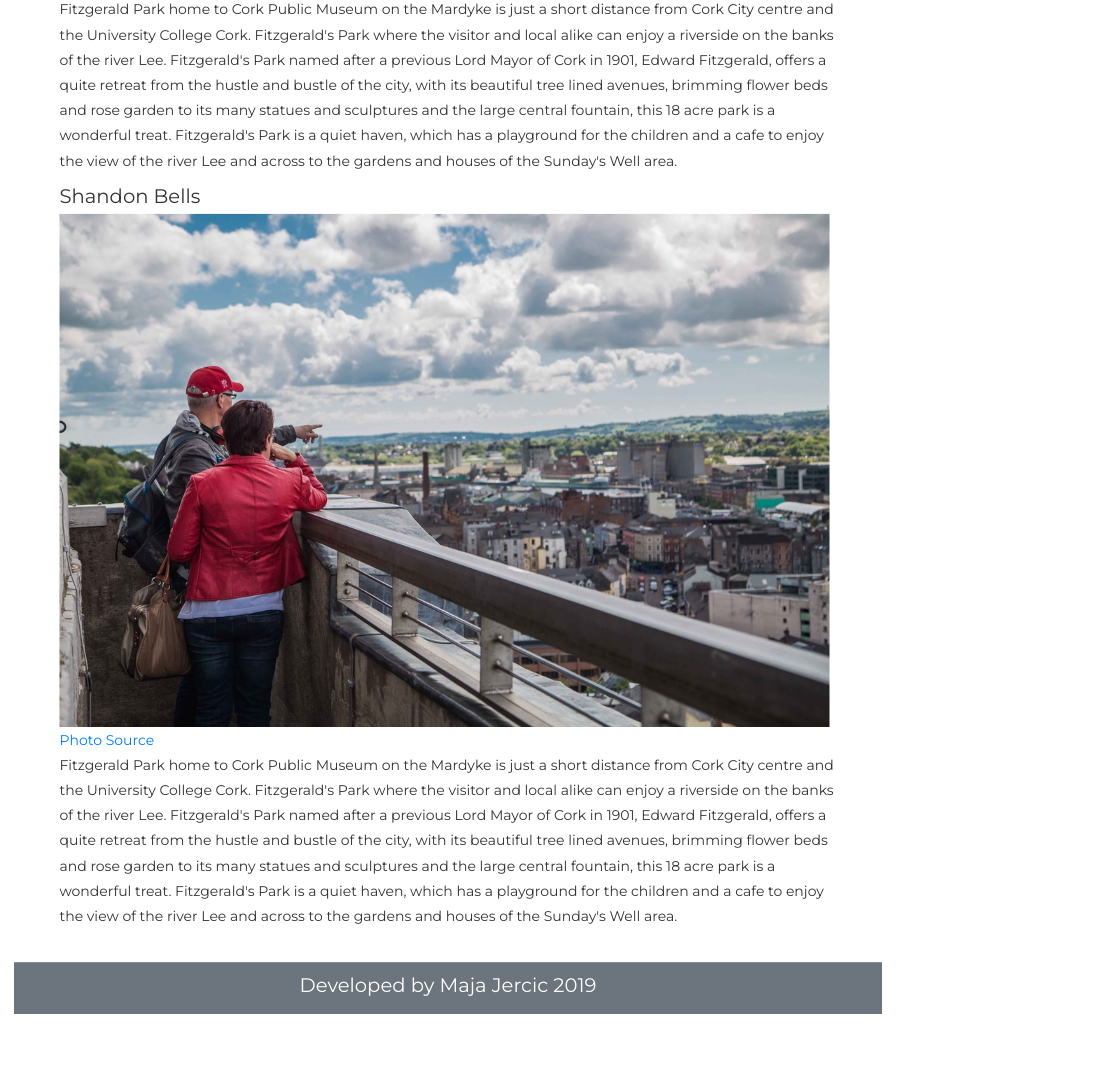
Repository: Maja-Jer/Welcome-to-Cork
Page: see.html
The author's editor kept a record of every edit. The page is drawn from the files as they stood at one moment, then again after the next edit.
The browser window is 1280 px wide. The page is 1585 px wide, so the pictures cover 1585 px, including what lies to the right of the window. The pictures show the part of the page from y = 2041 to 3601 px (the page is 3565 px tall before and 3601 px after), at 70% of full size.
Some web libraries are served in a nearby version.

Above is the page before.
Console error: TypeError: Cannot read properties of undefined (reading 'fn')

After the next edit:
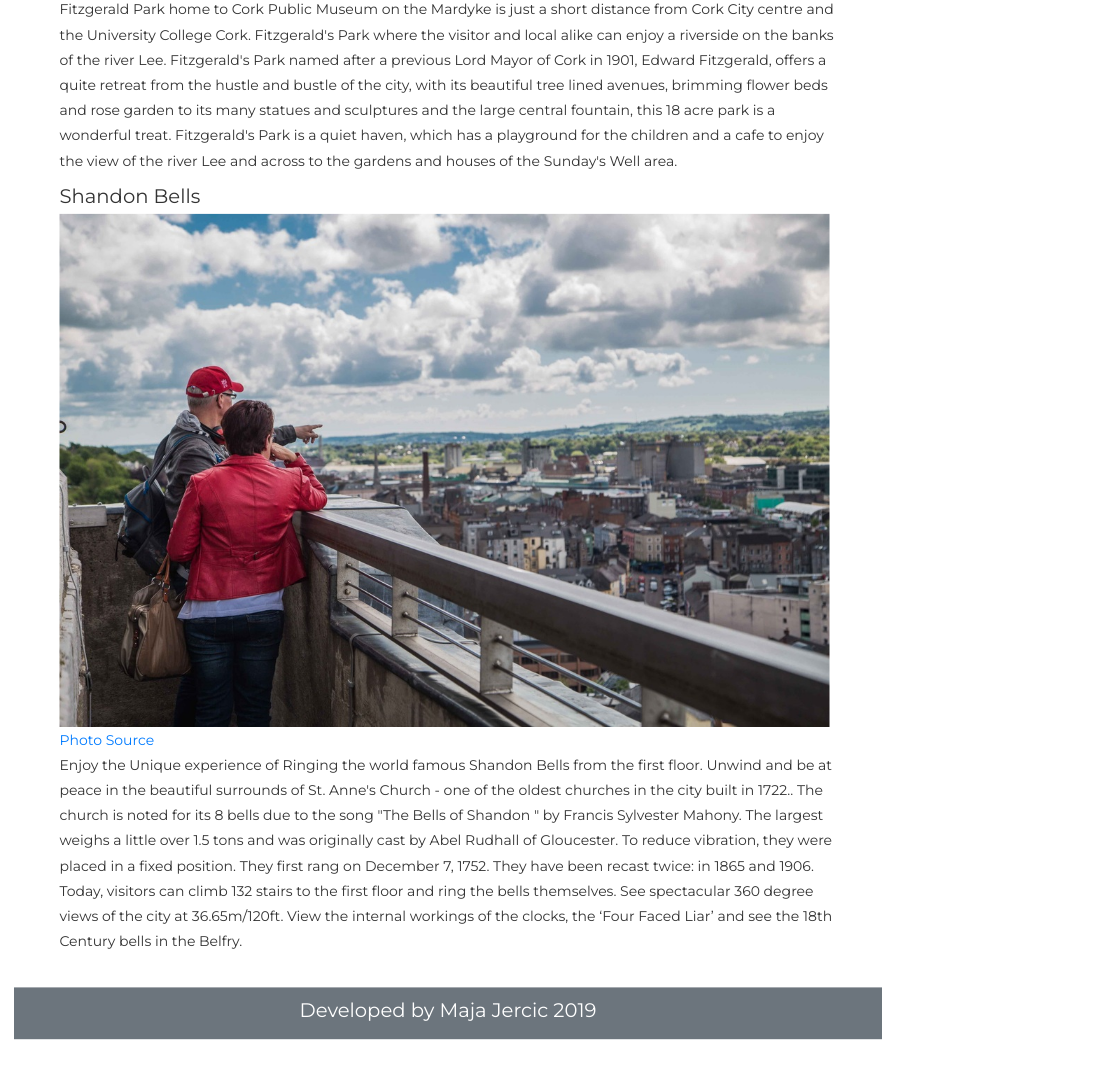
The edit:
--- a/see.html
+++ b/see.html
@@ -82,7 +82,7 @@
 
         <img src="./assets/photos/fitzgerald-park.jpg " alt="Fitzgerald Park ">
         <br>
-        <h7><a href="http://www.corkenglishcollege.ie/media/4ae2bbd4-2834-4204-b7ae-c0ea07ad30a5/Events/Fitzgerald-Park_jpg">Photo Source</a></h7>
+        <h7><a href="http://www.corkenglishcollege.ie/media/4ae2bbd4-2834-4204-b7ae-c0ea07ad30a5/Events/Fitzgerald-Park_jpg ">Photo Source</a></h7>
     </div>
 
 
@@ -100,7 +100,7 @@
     </div>
 
 
-<div class=" container shandon-bells">
+<div class=" container shandon-bells ">
             <div class= "row shandon-bells ">
                 <div class= "col-6 ">
                     <h3>Shandon Bells</h3>
@@ -108,19 +108,17 @@
             </div>
 
 
-        <img src="./assets/photos/shandon-bells.jpg " alt="Shandon Bells">
+        <img src="./assets/photos/shandon-bells.jpg " alt="Shandon Bells ">
         <br>
-        <h7><a href="http://www.shandonbells.ie/uploads/1/2/6/6/12669090/1388908_orig.jpg">Photo Source</a></h7>
+        <h7><a href="http://www.shandonbells.ie/uploads/1/2/6/6/12669090/1388908_orig.jpg ">Photo Source</a></h7>
     </div>
 
 
-    <div class="container park-description ">
-        <p col="park-decription ">Fitzgerald Park home to Cork Public Museum on the Mardyke is just a short distance from Cork City centre and
-        the University College Cork. Fitzgerald's Park where the visitor and local alike can enjoy a riverside on the banks of the river Lee.
-        Fitzgerald's Park named after a previous Lord Mayor of Cork in 1901, Edward Fitzgerald, offers a quite retreat from the hustle and bustle
-        of the city, with its beautiful tree lined avenues, brimming flower beds and rose garden to its many statues and sculptures and the large
-        central fountain, this 18 acre park is a wonderful treat. Fitzgerald's Park is a quiet haven, which has a playground for the children and a
-        cafe to enjoy the view of the river Lee and across to the gardens and houses of the Sunday's Well area.
+    <div class="container shandon-description ">
+        <p col="shandon-decription">Enjoy the Unique experience of Ringing the world famous Shandon Bells from the first floor.
+Unwind and be at peace in the beautiful surrounds of St. Anne's Church - one of the oldest churches in the city built in 1722..﻿
+The church is noted for its 8 bells due to the song "The Bells of Shandon " by Francis Sylvester Mahony. The largest weighs a little over 1.5 tons and was originally cast by Abel Rudhall of Gloucester. To reduce vibration, they were placed in a fixed position. They first rang on December 7, 1752. They have been recast twice: in 1865 and 1906. Today, visitors can climb 132 stairs to the first floor and ring the bells themselves. See spectacular 360 degree views of the city at 36.65m/120ft. View the internal workings of the clocks, the ‘Four Faced Liar’ and see the 18th Century bells in the Belfry.
+
 
         </p>
 
